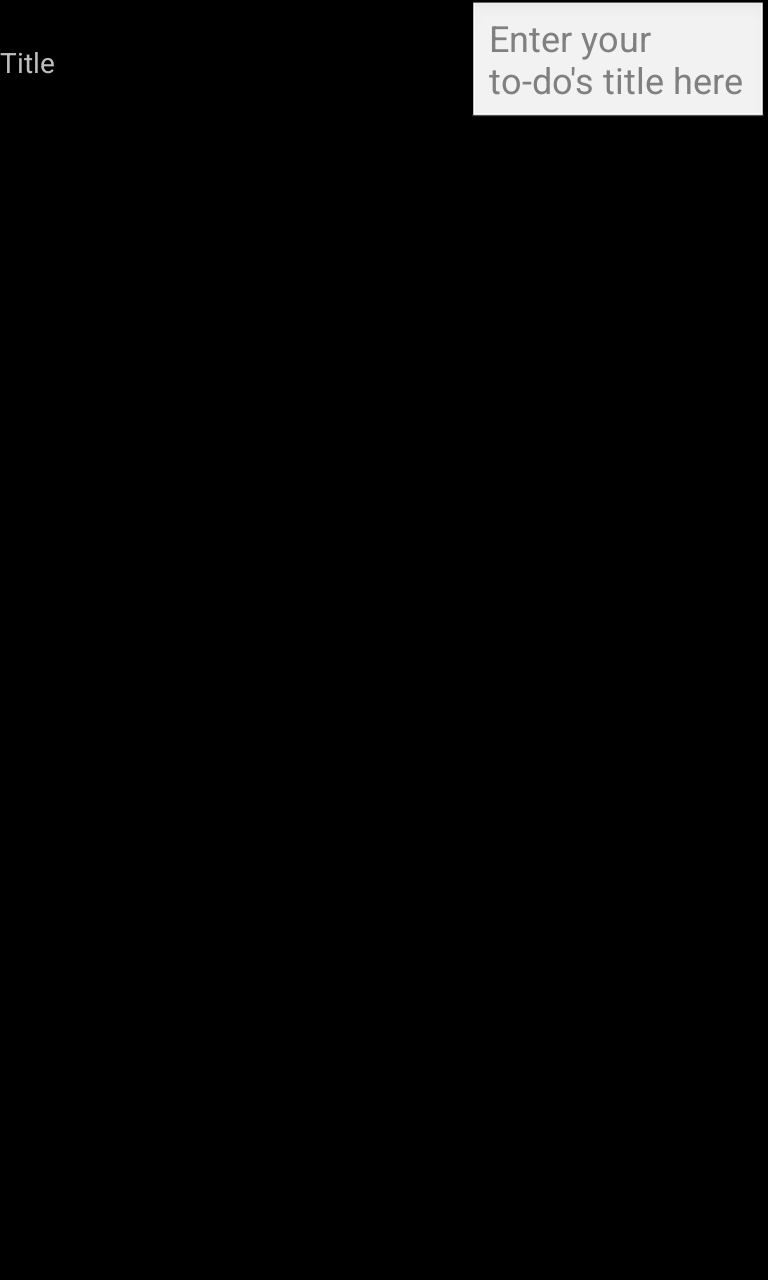
Repository: hilfialkaff/todo
Layout: ToDo_Replica/res/layout/add.xml
The author's editor kept a copy of each file at every save. The layout is drawn from the files as they stood at one save, then again after the next save.
It is drawn on a 768 x 1280 px phone screen (xhdpi) without system bars, with theme CustomTheme; the app's code is not run.

Above is the layout before, as saved 2011-03-18 00:57:48.

### ToDo_Replica/res/layout/add.xml
<?xml version="1.0" encoding="utf-8"?>
<LinearLayout xmlns:android="http://schemas.android.com/apk/res/android"
    android:layout_width="fill_parent"
    android:layout_height="fill_parent">
<TableLayout
	android:id="@+id/tl_add"
	android:layout_width="fill_parent"
	android:layout_height="wrap_content"
	android:stretchColumns="0">
	<TableRow
		android:id="@+id/tr_title"
		android:layout_width="fill_parent"
		android:layout_height="wrap_content">
		<TextView
			android:id="@+id/tv_title"
			android:layout_width="wrap_content"
			android:layout_height="wrap_content"
			android:text="Title">
		</TextView>
		<EditText
			android:id="@+id/et_title"
			android:layout_width="300px"
			android:layout_height="wrap_content"
			android:hint="Enter your to-do's title here">
	</EditText>
</TableRow>
</TableLayout>

<TableLayout
	android:id="@+id/tl_info"
	android:layout_width="fill_parent"
	android:layout_height="wrap_content"
	android:stretchColumns="0">

<TableLayout
	android:id="@+id/Line01"
	android:layout_width="fill_parent"
	android:layout_height="1dip"
	android:background="#FFFFFFFF">
</TableLayout>

<TableLayout
	android:id="@+id/Line02"
	android:layout_width="fill_parent"
	android:layout_height="1dip"
	android:background="#00000000">
</TableLayout>

<TableRow
	android:id="@+id/todo"
	android:layout_width="wrap_content"
	android:layout_height="wrap_content">
	<TextView
		android:layout_width="fill_parent"
		android:layout_height="wrap_content"
		android:text="ToDo	: ">
	</TextView>
	<EditText
		android:id="@+id/et_todo"
		android:layout_width="wrap_content"
		android:layout_height="wrap_content"
		android:text="">
	</EditText>
</TableRow>

<TableRow
	android:id="@+id/tags"
	android:layout_width="wrap_content"
	android:layout_height="wrap_content">
	<TextView
		android:layout_width="fill_parent"
		android:layout_height="wrap_content"
		android:text="Tags	: ">
	</TextView>
	<EditText
		android:id="@+id/et_tags"
		android:layout_width="wrap_content"
		android:layout_height="wrap_content"
		android:text="">
	</EditText>
</TableRow>

<TableRow
	android:id="@+id/notes"
	android:layout_width="wrap_content"
	android:layout_height="wrap_content">
	<TextView
		android:layout_width="fill_parent"
		android:layout_height="wrap_content"
		android:text="Notes	: ">
	</TextView>
	<EditText
		android:id="@+id/et_notes"
		android:layout_width="wrap_content"
		android:layout_height="wrap_content">
	</EditText>
</TableRow>

</TableLayout>

<TableLayout
	android:id="@+id/tl_button"
	android:layout_width="fill_parent"
	android:layout_height="wrap_content">
	<Button
		android:id="@+id/b_save"
		android:layout_width="wrap_content"
		android:layout_height="wrap_content"
		android:text="Save">
	</Button>
</TableLayout>
</LinearLayout>

### ToDo_Replica/res/values/custom_style.xml
<?xml version="1.0" encoding="UTF-8"?>
<resources>
    <style name="CustomWindowTitleBackground" parent="android:WindowTitleBackground">
        <item name="android:background">@android:color/transparent</item>
    </style>
    <style name="CustomTheme" parent="android:Theme">
        <item name="android:windowTitleSize">50px</item>
        <item name="android:windowTitleBackgroundStyle">@style/CustomWindowTitleBackground</item>
    </style>
</resources>

After the next save:
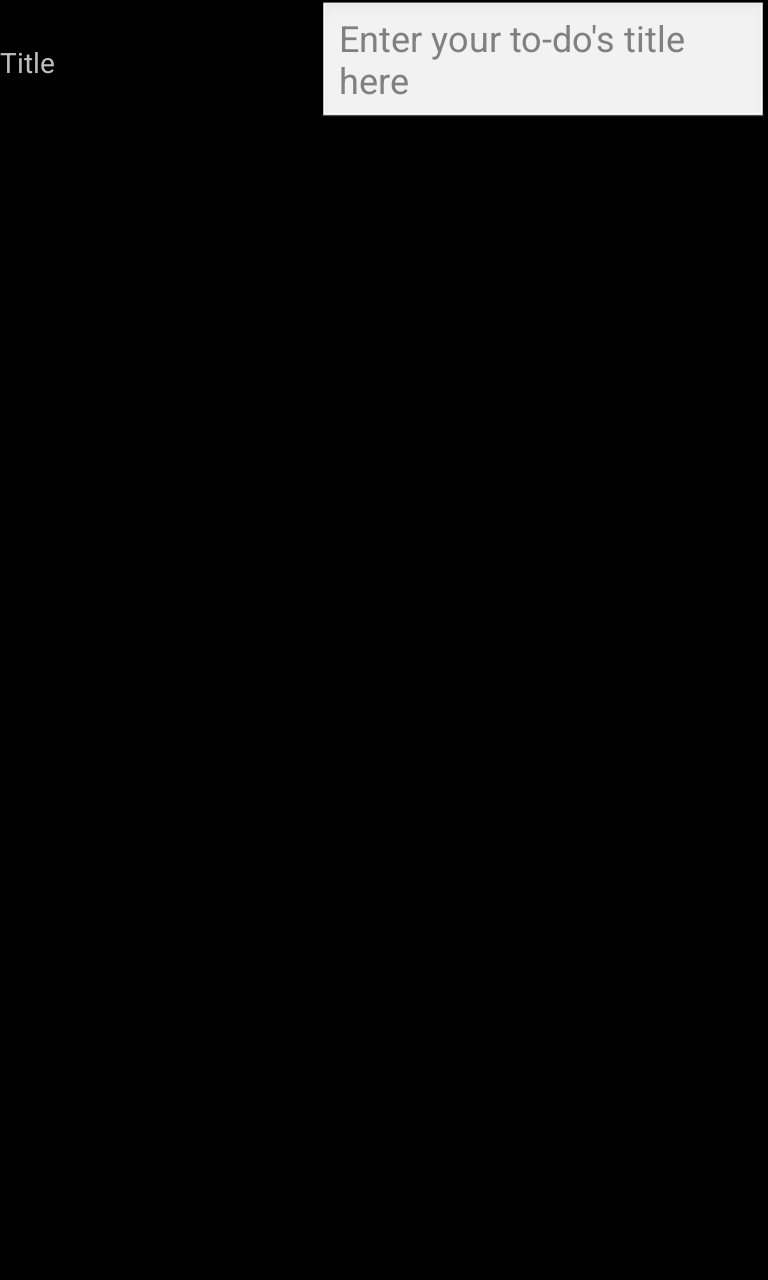
Saved 49 s later.
--- a/ToDo_Replica/res/layout/add.xml
+++ b/ToDo_Replica/res/layout/add.xml
@@ -19,7 +19,7 @@
 		</TextView>
 		<EditText
 			android:id="@+id/et_title"
-			android:layout_width="300px"
+			android:layout_width="450px"
 			android:layout_height="wrap_content"
 			android:hint="Enter your to-do's title here">
 	</EditText>
